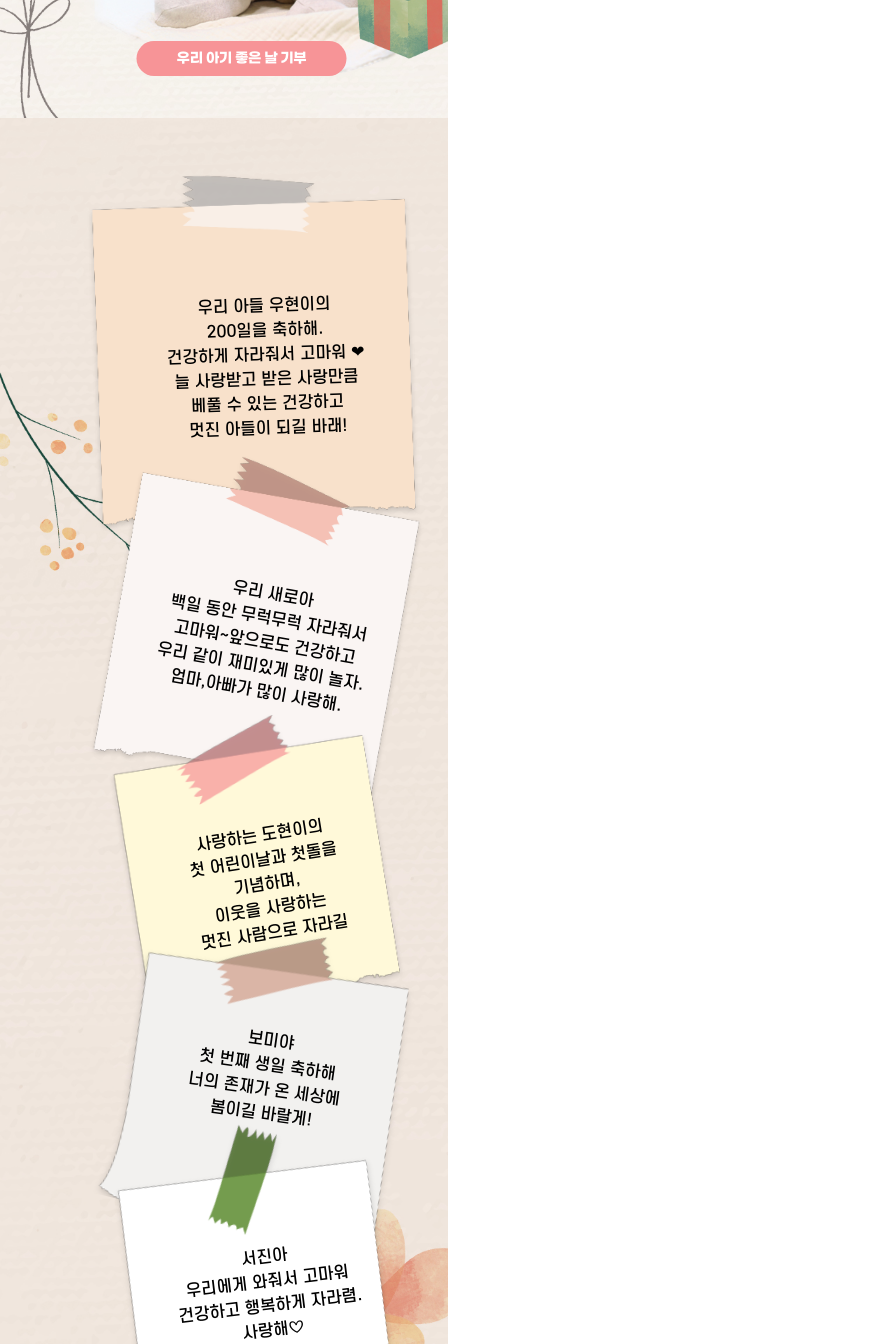
Repository: dlgywls1130/save_children_m
Page: index.html
These files come from the project's save history. The page is drawn as it stood at one moment and after the next save; the edit follows.
The browser window is 1280 px wide. The pictures show the part of the page from y = 772 to 2692 px (the page is 9980 px tall), at 70% of full size.

Above is the page before, as saved 2023-12-13 20:04:02.

After the next save:
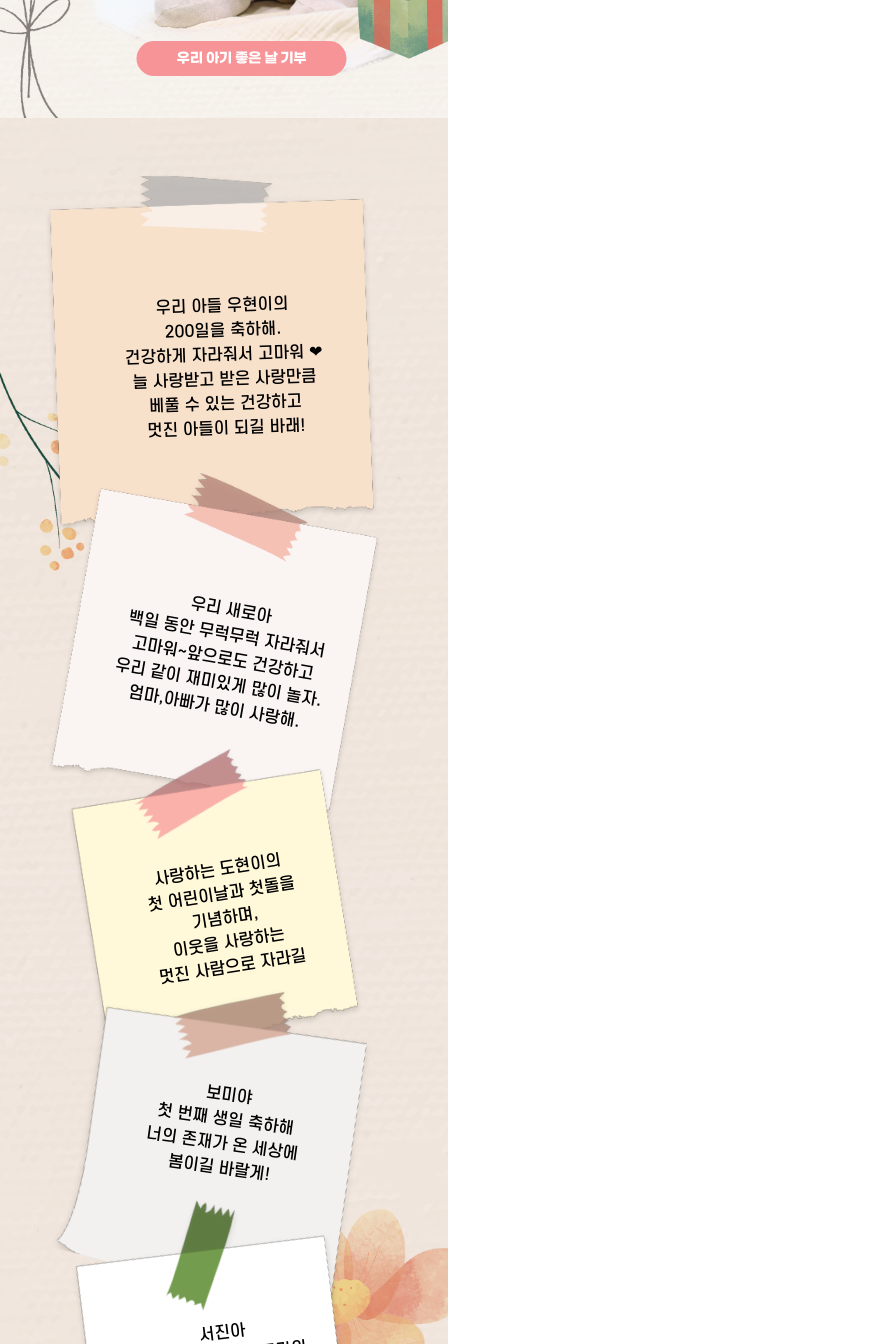
Saved 4 min 55 s later.
--- a/css/style.css
+++ b/css/style.css
@@ -239,6 +239,7 @@
     display: flex;
     flex-direction: column;
     align-items: center;
+    box-sizing: border-box;
 }
 
 .ex_text{
